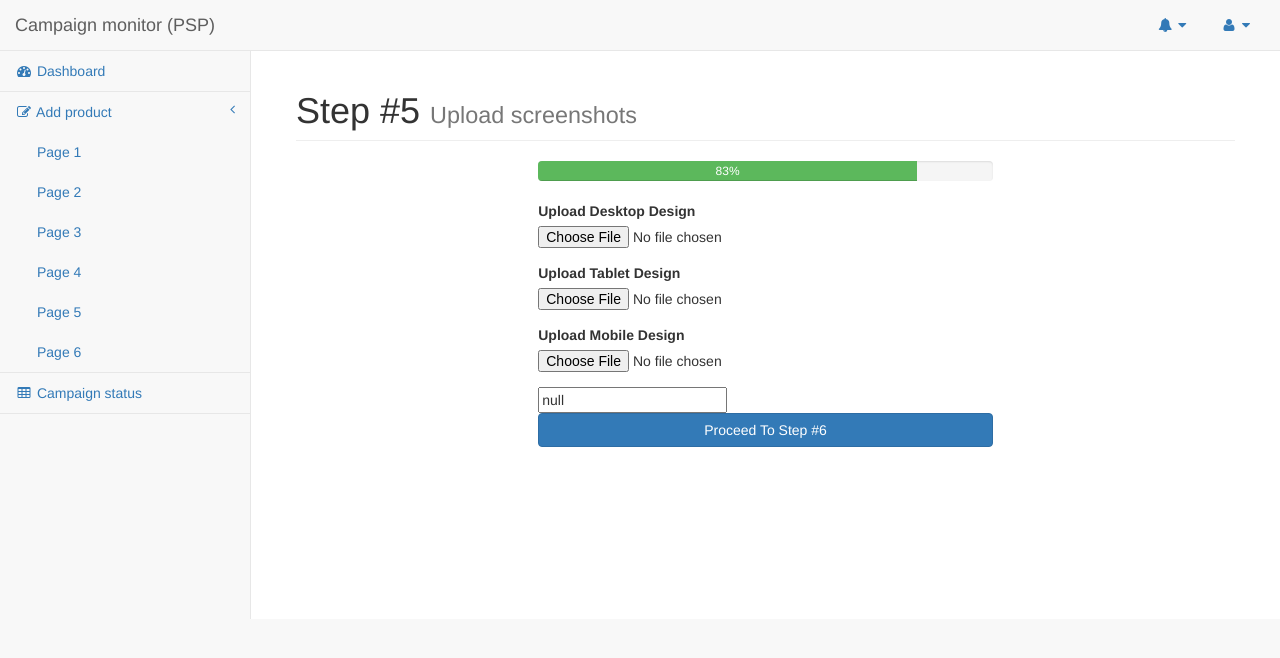
Repository: aneeshsingh/workspace
Page: http://localhost/analytics/Add_Product_Page_5.jsp
The author's editor kept a copy of each file at every save. The page is drawn from the files as they stood at one save, then again after the next save.
The browser window is 1280 px wide. The pictures show the whole page.
The page is served by Tomcat 9. Other server files are loaded and not shown.

Above is the page before, as saved 2016-03-07 21:14:09.
Console error (its wording comes from the project's code and is left out).

### analytics/war/Add_Product_Page_5.jsp
<!DOCTYPE html>
<html lang="en">
<%@ page import="com.macquarie.analytics.*"%>
<%@ page import="java.util.HashMap"%>
<%@ page import="java.util.Iterator"%>
<%@ page import="java.util.Map"%>
<%@ page import="java.sql.Connection"%>
<%@page language="java" session="true"%>
<head>
<meta charset="utf-8">
<meta http-equiv="X-UA-Compatible" content="IE=edge">
<meta name="viewport" content="width=device-width, initial-scale=1">
<meta name="description" content="">
<meta name="author" content="">
<title>Campaign monitor (PSP) - Add product</title>

<!-- Bootstrap Core CSS -->
<link href="bower_components/bootstrap/dist/css/bootstrap.min.css" rel="stylesheet">

<!-- MetisMenu CSS -->
<link href="bower_components/metisMenu/dist/metisMenu.min.css" rel="stylesheet">

<!-- Timeline CSS -->
<link href="dist/css/timeline.css" rel="stylesheet">

<!-- Custom CSS -->
<link href="dist/css/sb-admin-2.css" rel="stylesheet">

<!-- Morris Charts CSS -->
<link href="bower_components/morrisjs/morris.css" rel="stylesheet">

<!-- Custom Fonts -->
<link href="bower_components/font-awesome/css/font-awesome.min.css" rel="stylesheet" type="text/css">

<!-- HTML5 Shim and Respond.js IE8 support of HTML5 elements and media queries -->
<!-- WARNING: Respond.js doesn't work if you view the page via file:// -->
<!--[if lt IE 9]>
        <script src="https://oss.maxcdn.com/libs/html5shiv/3.7.0/html5shiv.js"></script>
        <script src="https://oss.maxcdn.com/libs/respond.js/1.4.2/respond.min.js"></script>
    <![endif]-->

</head>

<body>
<div id="wrapper">
	<!-- Navigation -->
	<nav class="navbar navbar-default navbar-static-top" role="navigation" style="margin-bottom: 0">
		<div class="navbar-header">
			<button type="button" class="navbar-toggle" data-toggle="collapse" data-target=".navbar-collapse"> <span class="sr-only">Toggle navigation</span> <span class="icon-bar"></span> <span class="icon-bar"></span> <span class="icon-bar"></span> </button>
			<a class="navbar-brand" href="index.html">Campaign monitor (PSP)</a> </div>
		<!-- /.navbar-header -->

		<ul class="nav navbar-top-links navbar-right">
			<li class="dropdown"> <a class="dropdown-toggle" data-toggle="dropdown" href="#"> <i class="fa fa-bell fa-fw"></i> <i class="fa fa-caret-down"></i> </a>
				<ul class="dropdown-menu dropdown-alerts">
					<li> <a href="#">
						<div> <i class="fa fa-comment fa-fw"></i> New Comment <span class="pull-right text-muted small">4 minutes ago</span> </div>
						</a> </li>
					<li class="divider"></li>
					<li> <a href="#">
						<div> <i class="fa fa-twitter fa-fw"></i> 3 New Followers <span class="pull-right text-muted small">12 minutes ago</span> </div>
						</a> </li>
					<li class="divider"></li>
					<li> <a href="#">
						<div> <i class="fa fa-envelope fa-fw"></i> Message Sent <span class="pull-right text-muted small">4 minutes ago</span> </div>
						</a> </li>
					<li class="divider"></li>
					<li> <a href="#">
						<div> <i class="fa fa-tasks fa-fw"></i> New Task <span class="pull-right text-muted small">4 minutes ago</span> </div>
						</a> </li>
					<li class="divider"></li>
					<li> <a href="#">
						<div> <i class="fa fa-upload fa-fw"></i> Server Rebooted <span class="pull-right text-muted small">4 minutes ago</span> </div>
						</a> </li>
					<li class="divider"></li>
					<li> <a class="text-center" href="#"> <strong>See All Alerts</strong> <i class="fa fa-angle-right"></i> </a> </li>
				</ul>
				<!-- /.dropdown-alerts -->
			</li>
			<!-- /.dropdown -->
			<li class="dropdown"> <a class="dropdown-toggle" data-toggle="dropdown" href="#"> <i class="fa fa-user fa-fw"></i> <i class="fa fa-caret-down"></i> </a>
				<ul class="dropdown-menu dropdown-user">
					<li><a href="#"><i class="fa fa-user fa-fw"></i> User Profile</a> </li>
					<li><a href="#"><i class="fa fa-gear fa-fw"></i> Settings</a> </li>
					<li class="divider"></li>
					<li><a href="login.html"><i class="fa fa-sign-out fa-fw"></i> Logout</a> </li>
				</ul>
				<!-- /.dropdown-user -->
			</li>
			<!-- /.dropdown -->
		</ul>
		<!-- /.navbar-top-links -->

		<div class="navbar-default sidebar" role="navigation">
			<div class="sidebar-nav navbar-collapse">
				<ul class="nav" id="side-menu">
					<li> <a href="index.html"><i class="fa fa-dashboard fa-fw"></i> Dashboard</a> </li>
					<li> <a href="#"><i class="fa fa-edit fa-fw"></i> Add product<span class="fa arrow"></span></a>
						<ul class="nav nav-second-level">
							<li> <a href="Add_Product_Page_1.jsp">Page 1</a> </li>
							<li> <a href="Add_Product_Page_2.jsp">Page 2</a> </li>
							<li> <a href="Add_Product_Page_3.jsp">Page 3</a> </li>
							<li> <a href="Add_Product_Page_4.jsp">Page 4</a> </li>
							<li> <a href="Add_Product_Page_5.jsp">Page 5</a> </li>
							<li> <a href="Add_Product_Page_6.jsp">Page 6</a> </li>
						</ul>
						<!-- /.nav-second-level -->
					</li>
					<li> <a href="tables.html"><i class="fa fa-table fa-fw"></i> Campaign status</a> </li>
				</ul>
			</div>
			<!-- /.sidebar-collapse -->
		</div>
		<!-- /.navbar-static-side -->
	</nav>
	<div id="page-wrapper">
		<div class="container-fluid">
			<div class="row">
				<div class="col-lg-12">
					<h1 class="page-header">Step #5 <small>Upload screenshots</small></h1>
				</div>
				<!-- /.col-lg-12 -->
			</div>
			<!-- /.row -->
		</div>
		<!-- /.container -->
		<div class="container-fluid">
			<div class="row">
				<div class="col-md-push-3 col-md-6">
					<div class="progress">
						<div class="progress-bar progress-bar-success" role="progressbar" aria-valuenow="83" aria-valuemin="0" aria-valuemax="100" style="width: 83.3%;"> 83% </div>
					</div>
				</div>
			</div>
			<!-- /.row -->
			<div class="row">
				<div class="col-md-push-3 col-md-6">
					<form action="AddProductPageFiveServlet" method="post">
					<form action="AddProductPageSixServlet" method="post">
						<div class="form-group">
							<label>Upload Desktop Design</label>
							<input type="file" name="file_desktop" id="file_desktop" />
						</div>
						<div class="form-group">
							<label>Upload Tablet Design</label>
							<input type="file" name="file_tablet" id="file_tablet" />
						</div>
						<div class="form-group">
							<label>Upload Mobile Design</label>
							<input type="file" name="file_mobile" id="file_mobile" />
						</div>
						<input type="text" name="product_id" id="product_id" value="<%=request.getAttribute("product_id")%>"/>
						<button type="submit" class="btn btn-primary btn-block text-right">Proceed To Step #6</button>
					</form>
				</div>
			</div>
			<!-- /.row -->
		</div>
		<!-- /.container -->
	</div>
	<!-- /#page-wrapper -->
</div>
<!-- /#wrapper -->

<!-- jQuery -->
<script src="bower_components/jquery/dist/jquery.min.js"></script>

<!-- Bootstrap Core JavaScript -->
<script src="bower_components/bootstrap/dist/js/bootstrap.min.js"></script>

<!-- Metis Menu Plugin JavaScript -->
<script src="bower_components/metisMenu/dist/metisMenu.min.js"></script>

<!-- Morris Charts JavaScript -->
<script src="bower_components/raphael/raphael-min.js"></script>
<script src="bower_components/morrisjs/morris.min.js"></script>
<script src="js/morris-data.js"></script>

<!-- Custom Theme JavaScript -->
<script src="dist/js/sb-admin-2.js"></script>
</body>
</html>

### analytics/war/dist/css/timeline.css
.timeline {
    position: relative;
    padding: 20px 0 20px;
    list-style: none;
}

.timeline:before {
    content: " ";
    position: absolute;
    top: 0;
    bottom: 0;
    left: 50%;
    width: 3px;
    margin-left: -1.5px;
    background-color: #eeeeee;
}

.timeline > li {
    position: relative;
    margin-bottom: 20px;
}

.timeline > li:before,
.timeline > li:after {
    content: " ";
    display: table;
}

.timeline > li:after {
    clear: both;
}

.timeline > li:before,
.timeline > li:after {
    content: " ";
    display: table;
}

.timeline > li:after {
    clear: both;
}

.timeline > li > .timeline-panel {
    float: left;
    position: relative;
    width: 46%;
    padding: 20px;
    border: 1px solid #d4d4d4;
    border-radius: 2px;
    -webkit-box-shadow: 0 1px 6px rgba(0,0,0,0.175);
    box-shadow: 0 1px 6px rgba(0,0,0,0.175);
}

.timeline > li > .timeline-panel:before {
    content: " ";
    display: inline-block;
    position: absolute;
    top: 26px;
    right: -15px;
    border-top: 15px solid transparent;
    border-right: 0 solid #ccc;
    border-bottom: 15px solid transparent;
    border-left: 15px solid #ccc;
}

.timeline > li > .timeline-panel:after {
    content: " ";
    display: inline-block;
    position: absolute;
    top: 27px;
    right: -14px;
    border-top: 14px solid transparent;
    border-right: 0 solid #fff;
    border-bottom: 14px solid transparent;
    border-left: 14px solid #fff;
}

.timeline > li > .timeline-badge {
    z-index: 100;
    position: absolute;
    top: 16px;
    left: 50%;
    width: 50px;
    height: 50px;
    margin-left: -25px;
    border-radius: 50% 50% 50% 50%;
    text-align: center;
    font-size: 1.4em;
    line-height: 50px;
    color: #fff;
    background-color: #999999;
}

.timeline > li.timeline-inverted > .timeline-panel {
    float: right;
}

.timeline > li.timeline-inverted > .timeline-panel:before {
    right: auto;
    left: -15px;
    border-right-width: 15px;
    border-left-width: 0;
}

.timeline > li.timeline-inverted > .timeline-panel:after {
    right: auto;
    left: -14px;
    border-right-width: 14px;
    border-left-width: 0;
}

.timeline-badge.primary {
    background-color: #2e6da4 !important;
}

.timeline-badge.success {
    background-color: #3f903f !important;
}

.timeline-badge.warning {
    background-color: #f0ad4e !important;
}

.timeline-badge.danger {
    background-color: #d9534f !important;
}

.timeline-badge.info {
    background-color: #5bc0de !important;
}

.timeline-title {
    margin-top: 0;
    color: inherit;
}

.timeline-body > p,
.timeline-body > ul {
    margin-bottom: 0;
}

.timeline-body > p + p {
    margin-top: 5px;
}

@media(max-width:767px) {
    ul.timeline:before {
        left: 40px;
    }

    ul.timeline > li > .timeline-panel {
        width: calc(100% - 90px);
        width: -moz-calc(100% - 90px);
        width: -webkit-calc(100% - 90px);
    }

    ul.timeline > li > .timeline-badge {
        top: 16px;
        left: 15px;
        margin-left: 0;
    }

    ul.timeline > li > .timeline-panel {
        float: right;
    }

    ul.timeline > li > .timeline-panel:before {
        right: auto;
        left: -15px;
        border-right-width: 15px;
        border-left-width: 0;
    }

    ul.timeline > li > .timeline-panel:after {
        right: auto;
        left: -14px;
        border-right-width: 14px;
        border-left-width: 0;
    }
}

### analytics/war/dist/css/sb-admin-2.css
body {
  background-color: #f8f8f8;
}
#wrapper {
  width: 100%;
}
#page-wrapper {
  padding: 0 15px;
  min-height: 568px;
  background-color: white;
}
@media (min-width: 768px) {
  #page-wrapper {
    position: inherit;
    margin: 0 0 0 250px;
    padding: 0 30px;
    border-left: 1px solid #e7e7e7;
  }
}
.navbar-top-links {
  margin-right: 0;
}
.navbar-top-links li {
  display: inline-block;
}
.navbar-top-links li:last-child {
  margin-right: 15px;
}
.navbar-top-links li a {
  padding: 15px;
  min-height: 50px;
}
.navbar-top-links .dropdown-menu li {
  display: block;
}
.navbar-top-links .dropdown-menu li:last-child {
  margin-right: 0;
}
.navbar-top-links .dropdown-menu li a {
  padding: 3px 20px;
  min-height: 0;
}
.navbar-top-links .dropdown-menu li a div {
  white-space: normal;
}
.navbar-top-links .dropdown-messages,
.navbar-top-links .dropdown-tasks,
.navbar-top-links .dropdown-alerts {
  width: 310px;
  min-width: 0;
}
.navbar-top-links .dropdown-messages {
  margin-left: 5px;
}
.navbar-top-links .dropdown-tasks {
  margin-left: -59px;
}
.navbar-top-links .dropdown-alerts {
  margin-left: -123px;
}
.navbar-top-links .dropdown-user {
  right: 0;
  left: auto;
}
.sidebar .sidebar-nav.navbar-collapse {
  padding-left: 0;
  padding-right: 0;
}
.sidebar .sidebar-search {
  padding: 15px;
}
.sidebar ul li {
  border-bottom: 1px solid #e7e7e7;
}
.sidebar ul li a.active {
  background-color: #eeeeee;
}
.sidebar .arrow {
  float: right;
}
.sidebar .fa.arrow:before {
  content: "\f104";
}
.sidebar .active > a > .fa.arrow:before {
  content: "\f107";
}
.sidebar .nav-second-level li,
.sidebar .nav-third-level li {
  border-bottom: none !important;
}
.sidebar .nav-second-level li a {
  padding-left: 37px;
}
.sidebar .nav-third-level li a {
  padding-left: 52px;
}
@media (min-width: 768px) {
  .sidebar {
    z-index: 1;
    position: absolute;
    width: 250px;
    margin-top: 51px;
  }
  .navbar-top-links .dropdown-messages,
  .navbar-top-links .dropdown-tasks,
  .navbar-top-links .dropdown-alerts {
    margin-left: auto;
  }
}
.btn-outline {
  color: inherit;
  background-color: transparent;
  transition: all .5s;
}
.btn-primary.btn-outline {
  color: #428bca;
}
.btn-success.btn-outline {
  color: #5cb85c;
}
.btn-info.btn-outline {
  color: #5bc0de;
}
.btn-warning.btn-outline {
  color: #f0ad4e;
}
.btn-danger.btn-outline {
  color: #d9534f;
}
.btn-primary.btn-outline:hover,
.btn-success.btn-outline:hover,
.btn-info.btn-outline:hover,
.btn-warning.btn-outline:hover,
.btn-danger.btn-outline:hover {
  color: white;
}
.chat {
  margin: 0;
  padding: 0;
  list-style: none;
}
.chat li {
  margin-bottom: 10px;
  padding-bottom: 5px;
  border-bottom: 1px dotted #999999;
}
.chat li.left .chat-body {
  margin-left: 60px;
}
.chat li.right .chat-body {
  margin-right: 60px;
}
.chat li .chat-body p {
  margin: 0;
}
.panel .slidedown .glyphicon,
.chat .glyphicon {
  margin-right: 5px;
}
.chat-panel .panel-body {
  height: 350px;
  overflow-y: scroll;
}
.login-panel {
  margin-top: 25%;
}
.flot-chart {
  display: block;
  height: 400px;
}
.flot-chart-content {
  width: 100%;
  height: 100%;
}
table.dataTable thead .sorting,
table.dataTable thead .sorting_asc,
table.dataTable thead .sorting_desc,
table.dataTable thead .sorting_asc_disabled,
table.dataTable thead .sorting_desc_disabled {
  background: transparent;
}
table.dataTable thead .sorting_asc:after {
  content: "\f0de";
  float: right;
  font-family: fontawesome;
}
table.dataTable thead .sorting_desc:after {
  content: "\f0dd";
  float: right;
  font-family: fontawesome;
}
table.dataTable thead .sorting:after {
  content: "\f0dc";
  float: right;
  font-family: fontawesome;
  color: rgba(50, 50, 50, 0.5);
}
.btn-circle {
  width: 30px;
  height: 30px;
  padding: 6px 0;
  border-radius: 15px;
  text-align: center;
  font-size: 12px;
  line-height: 1.428571429;
}
.btn-circle.btn-lg {
  width: 50px;
  height: 50px;
  padding: 10px 16px;
  border-radius: 25px;
  font-size: 18px;
  line-height: 1.33;
}
.btn-circle.btn-xl {
  width: 70px;
  height: 70px;
  padding: 10px 16px;
  border-radius: 35px;
  font-size: 24px;
  line-height: 1.33;
}
.show-grid [class^="col-"] {
  padding-top: 10px;
  padding-bottom: 10px;
  border: 1px solid #ddd;
  background-color: #eee !important;
}
.show-grid {
  margin: 15px 0;
}
.huge {
  font-size: 40px;
}
.panel-green {
  border-color: #5cb85c;
}
.panel-green .panel-heading {
  border-color: #5cb85c;
  color: white;
  background-color: #5cb85c;
}
.panel-green a {
  color: #5cb85c;
}
.panel-green a:hover {
  color: #3d8b3d;
}
.panel-red {
  border-color: #d9534f;
}
.panel-red .panel-heading {
  border-color: #d9534f;
  color: white;
  background-color: #d9534f;
}
.panel-red a {
  color: #d9534f;
}
.panel-red a:hover {
  color: #b52b27;
}
.panel-yellow {
  border-color: #f0ad4e;
}
.panel-yellow .panel-heading {
  border-color: #f0ad4e;
  color: white;
  background-color: #f0ad4e;
}
.panel-yellow a {
  color: #f0ad4e;
}
.panel-yellow a:hover {
  color: #df8a13;
}

### analytics/war/js/morris-data.js
$(function() {

    Morris.Area({
        element: 'morris-area-chart',
        data: [{
            period: '2010 Q1',
            iphone: 2666,
            ipad: null,
            itouch: 2647
        }, {
            period: '2010 Q2',
            iphone: 2778,
            ipad: 2294,
            itouch: 2441
        }, {
            period: '2010 Q3',
            iphone: 4912,
            ipad: 1969,
            itouch: 2501
        }, {
            period: '2010 Q4',
            iphone: 3767,
            ipad: 3597,
            itouch: 5689
        }, {
            period: '2011 Q1',
            iphone: 6810,
            ipad: 1914,
            itouch: 2293
        }, {
            period: '2011 Q2',
            iphone: 5670,
            ipad: 4293,
            itouch: 1881
        }, {
            period: '2011 Q3',
            iphone: 4820,
            ipad: 3795,
            itouch: 1588
        }, {
            period: '2011 Q4',
            iphone: 15073,
            ipad: 5967,
            itouch: 5175
        }, {
            period: '2012 Q1',
            iphone: 10687,
            ipad: 4460,
            itouch: 2028
        }, {
            period: '2012 Q2',
            iphone: 8432,
            ipad: 5713,
            itouch: 1791
        }],
        xkey: 'period',
        ykeys: ['iphone', 'ipad', 'itouch'],
        labels: ['iPhone', 'iPad', 'iPod Touch'],
        pointSize: 2,
        hideHover: 'auto',
        resize: true
    });

    Morris.Donut({
        element: 'morris-donut-chart',
        data: [{
            label: "Download Sales",
            value: 12
        }, {
            label: "In-Store Sales",
            value: 30
        }, {
            label: "Mail-Order Sales",
            value: 20
        }],
        resize: true
    });

    Morris.Bar({
        element: 'morris-bar-chart',
        data: [{
            y: '2006',
            a: 100,
            b: 90
        }, {
            y: '2007',
            a: 75,
            b: 65
        }, {
            y: '2008',
            a: 50,
            b: 40
        }, {
            y: '2009',
            a: 75,
            b: 65
        }, {
            y: '2010',
            a: 50,
            b: 40
        }, {
            y: '2011',
            a: 75,
            b: 65
        }, {
            y: '2012',
            a: 100,
            b: 90
        }],
        xkey: 'y',
        ykeys: ['a', 'b'],
        labels: ['Series A', 'Series B'],
        hideHover: 'auto',
        resize: true
    });

});

### analytics/war/dist/js/sb-admin-2.js
$(function() {

    $('#side-menu').metisMenu();

});

//Loads the correct sidebar on window load,
//collapses the sidebar on window resize.
// Sets the min-height of #page-wrapper to window size
$(function() {
    $(window).bind("load resize", function() {
        var topOffset = 50;
        var width = (this.window.innerWidth > 0) ? this.window.innerWidth : this.screen.width;
        if (width < 768) {
            $('div.navbar-collapse').addClass('collapse');
            topOffset = 100; // 2-row-menu
        } else {
            $('div.navbar-collapse').removeClass('collapse');
        }

        var height = ((this.window.innerHeight > 0) ? this.window.innerHeight : this.screen.height) - 1;
        height = height - topOffset;
        if (height < 1) height = 1;
        if (height > topOffset) {
            $("#page-wrapper").css("min-height", (height) + "px");
        }
    });

    var url = window.location;
    var element = $('ul.nav a').filter(function() {
        return this.href == url;
    }).addClass('active').parent().parent().addClass('in').parent();
    if (element.is('li')) {
        element.addClass('active');
    }
});

Loaded but not shown: analytics/war/bower_components/bootstrap/dist/css/bootstrap.min.css (library); analytics/war/bower_components/metisMenu/dist/metisMenu.min.css (common file); analytics/war/bower_components/morrisjs/morris.css (common file); analytics/war/bower_components/font-awesome/css/font-awesome.min.css (library); analytics/war/bower_components/jquery/dist/jquery.min.js (library); analytics/war/bower_components/bootstrap/dist/js/bootstrap.min.js (library); analytics/war/bower_components/metisMenu/dist/metisMenu.min.js (common file); analytics/war/bower_components/raphael/raphael-min.js (library); analytics/war/bower_components/morrisjs/morris.min.js (library)

After the next save:
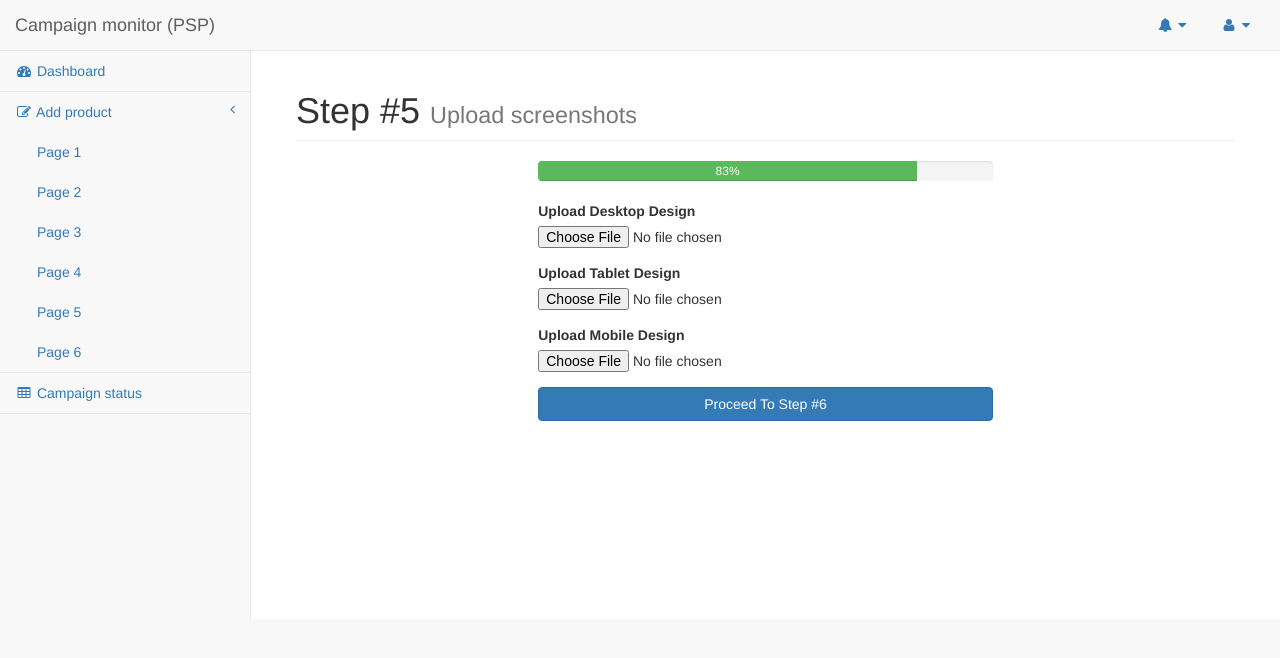
Saved 19 s later.
--- a/analytics/war/Add_Product_Page_5.jsp
+++ b/analytics/war/Add_Product_Page_5.jsp
@@ -149,7 +149,7 @@
 							<label>Upload Mobile Design</label>
 							<input type="file" name="file_mobile" id="file_mobile" />
 						</div>
-						<input type="text" name="product_id" id="product_id" value="<%=request.getAttribute("product_id")%>"/>
+						<input type="hidden" name="product_id" id="product_id" value="<%=request.getAttribute("product_id")%>"/>
 						<button type="submit" class="btn btn-primary btn-block text-right">Proceed To Step #6</button>
 					</form>
 				</div>
